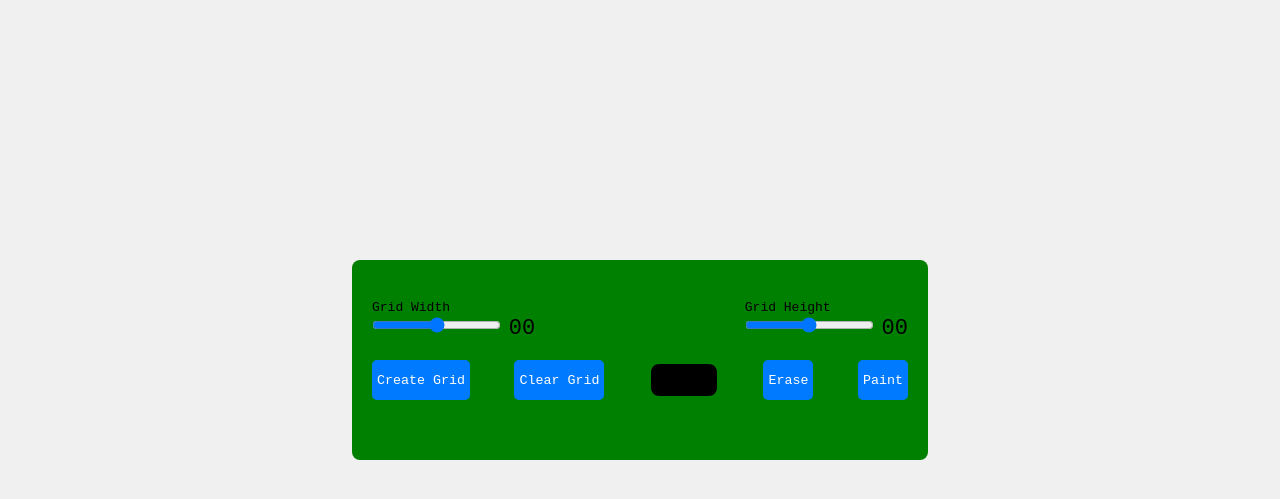
Repository: radisyah/Pixel_Art_Generator
Page: index.html
The author's editor kept a copy of each file at every save. The page is drawn from the files as they stood at one save, then again after a run of saves.
The browser window is 1280 px wide. The pictures show the whole page.

Above is the page before, as saved 2024-11-20 12:43:04.

After the next 3 saves:
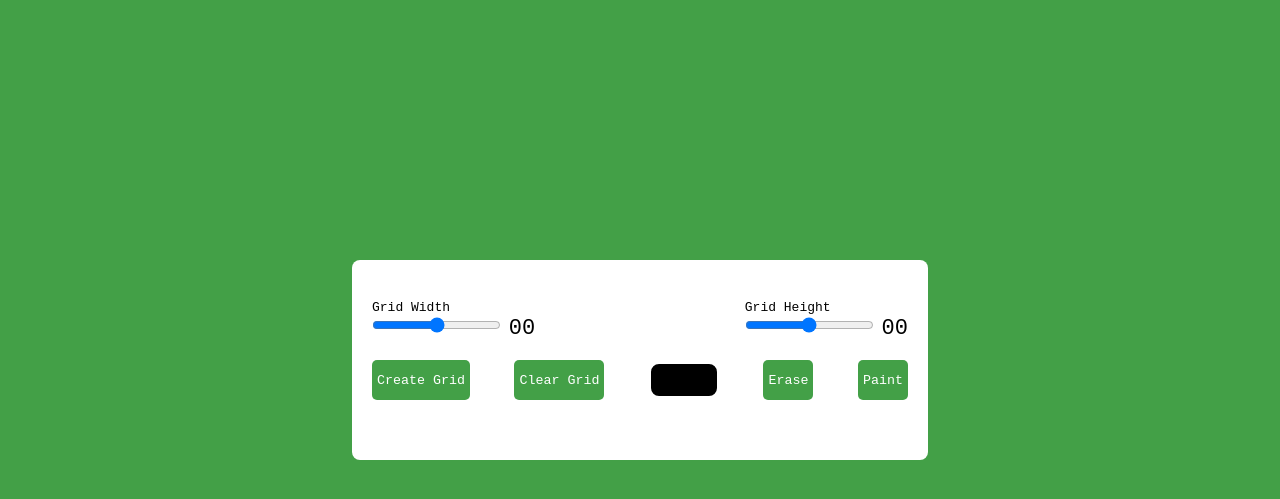
The 3 saves are shown as one change because they came seconds apart.
The last was saved 10 s later.
--- a/style.css
+++ b/style.css
@@ -6,11 +6,11 @@
 }
 
 body{
-    background-color: #f0f0f0;
+    background-color: #43a047;
 }
 
 .wrapper{
-    background-color: green;
+    background-color: white;
     width: 80vmin;
     position: absolute;
     transform: translate(-50%, -50%);
@@ -38,7 +38,7 @@ span{
 }
 
 button{
-    background-color: #007bff;
+    background-color: #43a047;
     border: 0;
     border-radius: 5px;
     padding: 5px;
